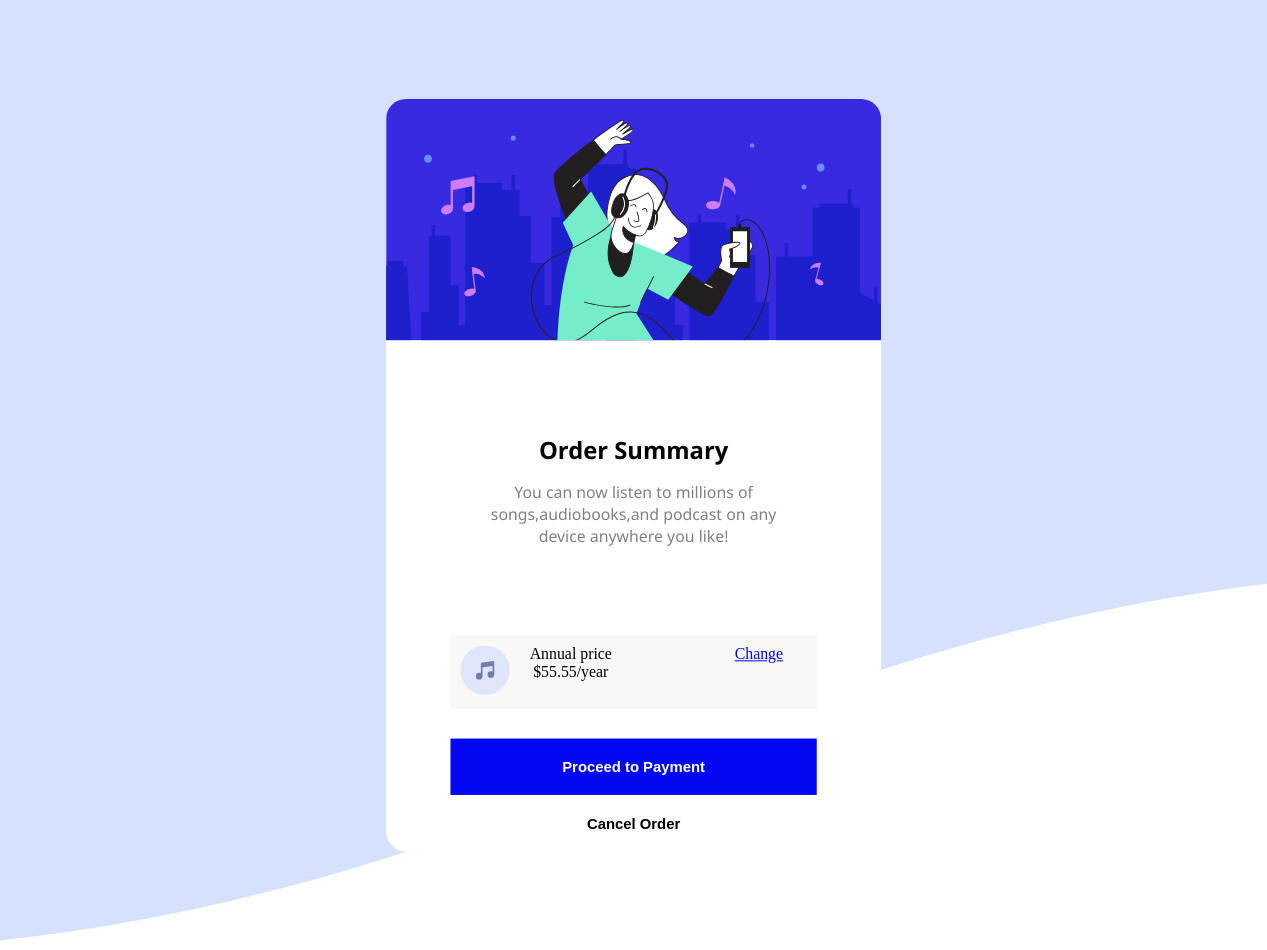
Repository: Eugene44-hub/newbie-project
Page: index.html
An editor plug-in stored every save of this project. The page is shown before and after the next save, followed by the edit.
The browser window is 1280 px wide. The pictures show the whole page, at 99% of full size.

Above is the page before, as saved 2021-08-29 05:15:36.

After the next save:
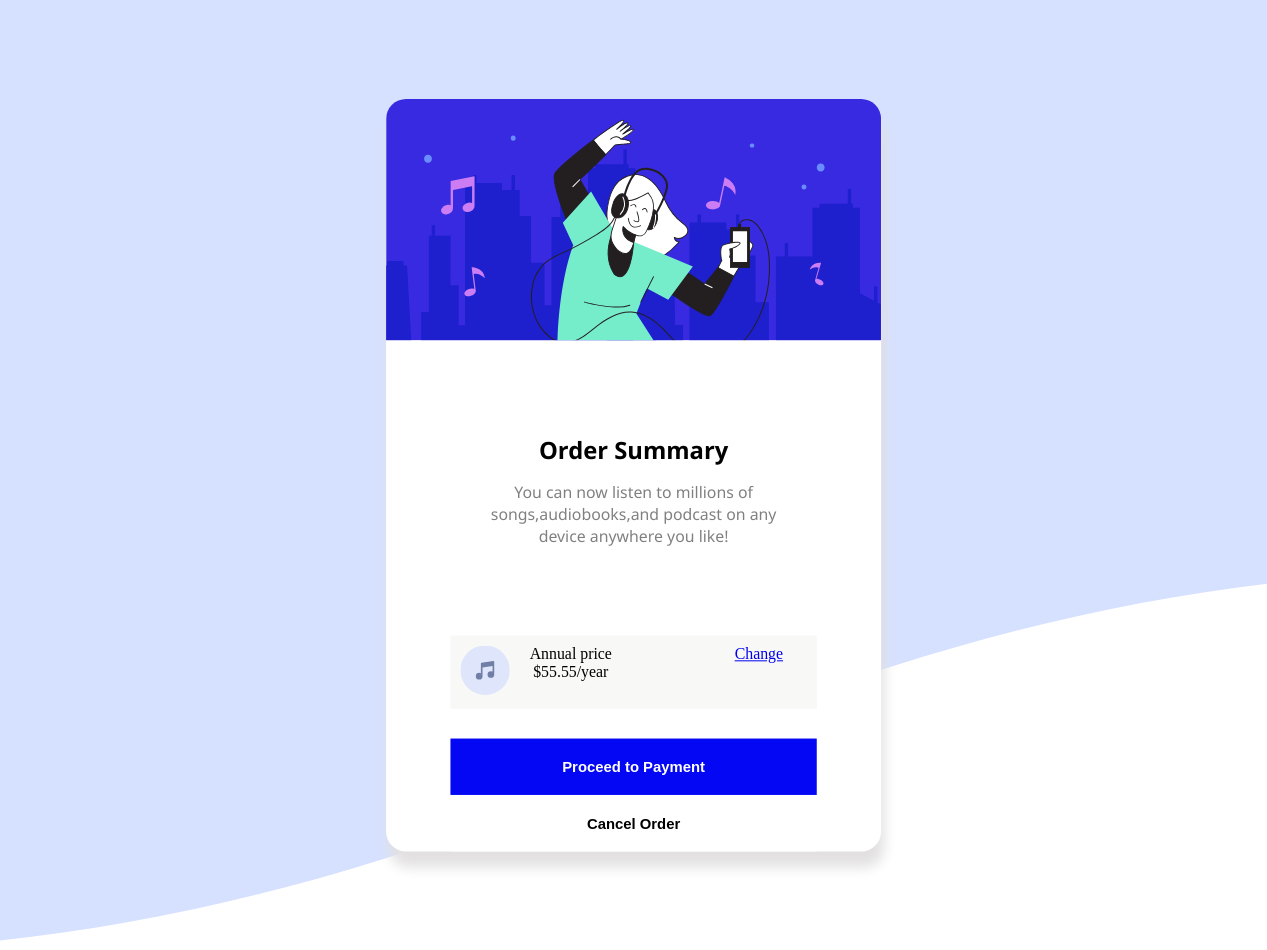
Saved 17 s later.
--- a/style.css
+++ b/style.css
@@ -30,7 +30,7 @@ img {
     background-color: white;
     border-radius: 20px;
     max-width: 500px;
-    box-shadow: 3px 16px 13px rgb(226, 224, 224), 3px -16px -13px rgb(226, 224, 224);
+    box-shadow: 3px 16px 13px rgb(226, 224, 224);
 }
 
 h2,
